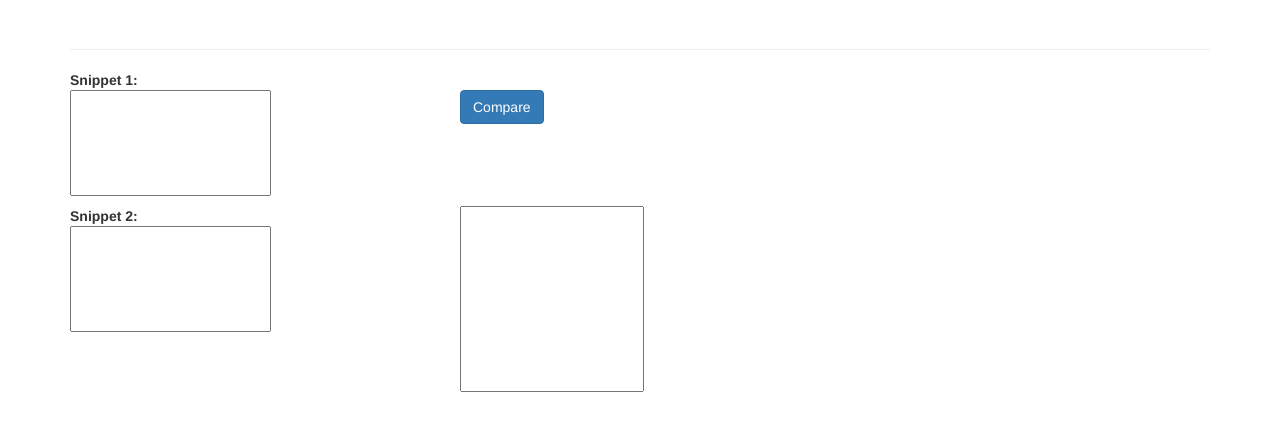
Repository: d4rkm3z/JSPerfomance
Page: index.html
An editor plug-in stored every save of this project. The page is shown before and after a run of saves, followed by the edit.
The browser window is 1280 px wide. The pictures show the whole page.

Above is the page before, as saved 2016-10-25 18:06:25.

### index.html
<!DOCTYPE html>
<html lang="en">

<head>
  <title></title>
  <meta charset="UTF-8">
  <meta name="viewport" content="width=device-width, initial-scale=1">
  <link href="src/css/style.css" rel="stylesheet">
  <link href="src/bootstrap/css/bootstrap.min.css" rel="stylesheet">
</head>

<body>
  <div class="container">
    <div class="page-header"></div>
    <div class="row">
      <div class="col-md-4">
        <div class="row">
        </div>
        <label>
          Snippet 1:<br>
          <span class="snippets-group span-snippets">
            <textarea id="" rows="5" cols="20" style="resize:none"></textarea>
          </span>
        </label>
      </div>
      <div class="col-md-4">
        <button type="button" id="calculate" class="btn btn-primary btn-default btn-compare">Compare</button>
      </div>
    </div>
    <div class="row">
      <div class="col-md-4">
        <label>
          Snippet 2:<br>
          <span class="snippets-group span-snippets">
            <textarea id="" rows="5" cols="20" style="resize:none"></textarea>
          </span>
        </label>
      </div>
      <div class="col-md-4">
        <span class="snippets-group snippet-result">
          <textarea id="result" rows="9" cols="20" style="resize:none"></textarea>
        </span>
      </div>
    </div>
  </div>
  <script src="src/js/jquery-3.1.1.min.js"></script>
  <script src="src/js/app.js"></script>
</body>

</html>

### src/css/style.css
.btn-compare{
  margin-top:20px !important;
}

### src/js/app.js
//view
class View {
  setResults(result) {
    $('#result').text(result);
  }
  getFragmentCodes() {
    let codes = [];
    let textareas = $('.span-snippets textarea');
    for (let i of textareas) {
      codes.push(i.value);
    }
    return codes;
  }
}

//controller
class CalculateTime {
  constructor() {
    this._start = 0;
  }
  getWorkedTime() {
    let timeNow = new Date().getTime();
    let elapsed = timeNow - this._start;
    return elapsed;
  }
  start() {
    this._start = new Date().getTime();
  }
}
class CalculateResults {
  constructor(mediator) {
    this.mediator = mediator;
  }
  getPerfectScript() {
    let calculates = this.mediator.model.getCalculates();
    let mean = [];

    for (let i in calculates) {
      mean[i] = calculates[i] / 1000;
    }

    let result = mean.indexOf(Math.max(...mean));
    return `Snippet ${result+1} fastly`;
  }
}
class TestCode {
  constructor(mediator) {
    this.mediator = mediator;
    this.calculateTime = mediator.calculateTime;
  }
  addCalculate(obj) {
    this.mediator.addCalculate(obj);
  }
  runTest(fragmentCodes) {
    for (let i in fragmentCodes) {
      let workedTime = 0;

      for (let j = 0; j <= 1000; j++) {
        this.calculateTime.start();
        this.runCalculate(fragmentCodes[i]);
        workedTime += this.calculateTime.getWorkedTime();
      }
      console.log(workedTime);
      this.addCalculate({
        id: i,
        value: workedTime
      });
    }
  }
  runCalculate(code) {
    try{
      eval(code);
    } catch(e){
      this.mediator.result = e.message;
    }
  }
}
class Controller {
  constructor() {
    self = this;
    self.view = new View();
    self.model = new Model();

    self.calculateTime = new CalculateTime();
    self.calculateResults = new CalculateResults(self);
    self.testCode = new TestCode(self);
  }
  runCompare() {
    self.fragmentCodes = self.view.getFragmentCodes();
    self.model.setLengthCalculate(self.fragmentCodes.length);
    self.testCode.runTest(self.fragmentCodes);
    self.result = self.calculateResults.getPerfectScript();
    self.setResult();
  }
  addCalculate(obj) {
    self.model.addCalculate(obj)
  }
  setResult() {
    self.view.setResults(self.result);
  }
}

//model
class Model {
  constructor() {
    this.calculates = [];
  }
  setLengthCalculate(length) {
    this.calculates = new Array(length);
  }
  addCalculate(obj) {
    console.log(obj);
    let id = Number(obj.id);
    let value = obj.value;
    if (this.calculates[id] === undefined) {
      this.calculates[id] = [];
    }
    this.calculates[id] = Number(value) + Number(this.calculates[id]);
    console.log(this.calculates)
  }
  getCalculates() {
    return this.calculates;
  }
}

var app = new Controller();
$('#calculate').on('click', app.runCompare);

Loaded but not shown: src/bootstrap/css/bootstrap.min.css (library); src/js/jquery-3.1.1.min.js (library)

After the next 3 saves:
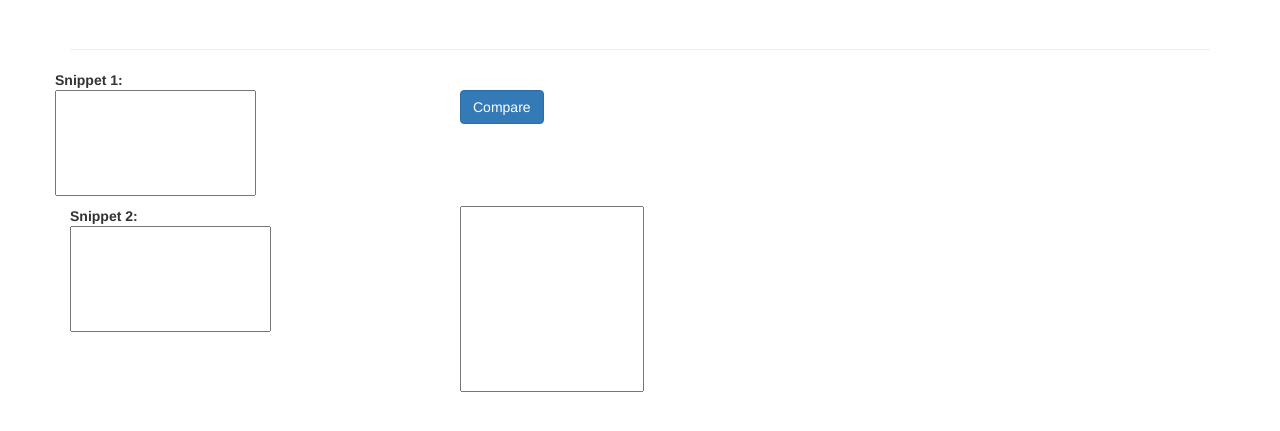
The 3 saves are shown as one change because they came seconds apart.
The last was saved 9 s later.
--- a/index.html
+++ b/index.html
@@ -15,13 +15,14 @@
     <div class="row">
       <div class="col-md-4">
         <div class="row">
-        </div>
-        <label>
+          <label>
           Snippet 1:<br>
           <span class="snippets-group span-snippets">
             <textarea id="" rows="5" cols="20" style="resize:none"></textarea>
           </span>
-        </label>
+          </label>
+        </div>
+
       </div>
       <div class="col-md-4">
         <button type="button" id="calculate" class="btn btn-primary btn-default btn-compare">Compare</button>
